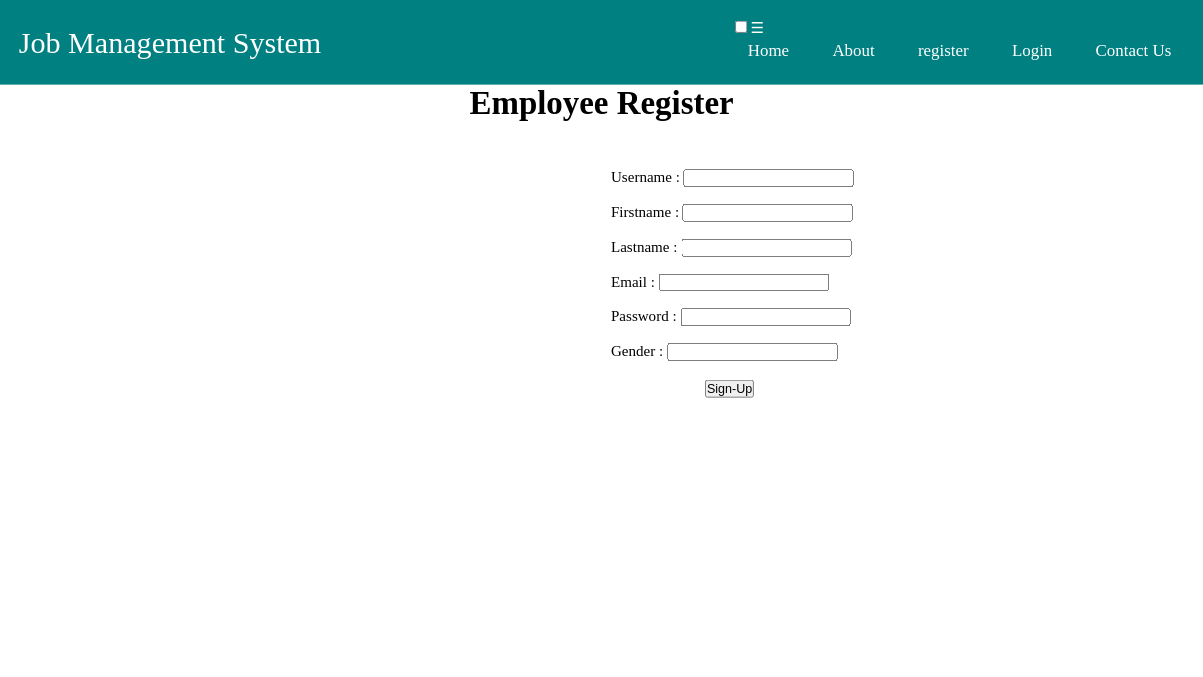
Repository: PrinceKumawat1109/JFSD
Page: http://localhost/Job-management/employeeregister.jsp
The author's editor kept a copy of each file at every save. The page is drawn from the files as they stood at one save, then again after the next save.
The browser window is 1280 px wide. The pictures show the whole page, at 94% of full size.
The page is served by Tomcat 9.

Above is the page before, as saved 2022-10-29 19:01:46.

After the next save:
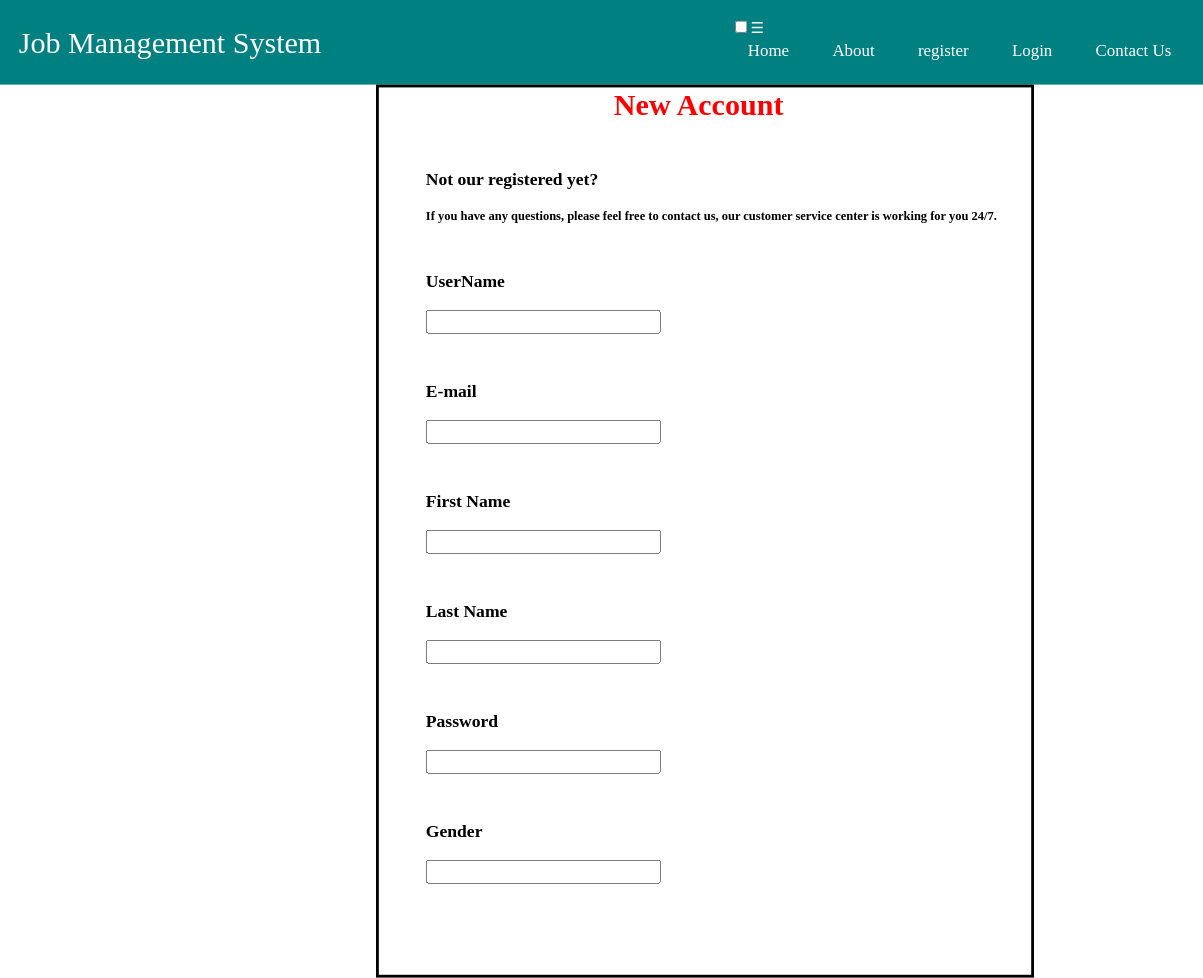
Saved 77 s later.
--- a/Job-management/src/main/webapp/employeeregister.jsp
+++ b/Job-management/src/main/webapp/employeeregister.jsp
@@ -5,44 +5,57 @@
 <head>
 <meta charset="UTF-8">
 <title>Employee-Register</title>
-<style type="text/css">
-h2{
-text-align : center;
-font-size : 35px;
+<style>
+.card{
+height: 950px;
+width: 700px;
+border-style: solid;
+margin-left: 400px;
 }
 
-.first
-{
-margin-left: 650px;
-margin-top: 50px;
-}
-button
-{
-margin-left:100px;
-margin-top:20px;
-}
 </style>
 </head>
 <body>
 	<jsp:include page="navbar.jsp" />
-	<h2>Employee Register</h2>
-	<div class="first">
-	<p>Username : <input type="text" id="t1"/></p>
-	<br/>
-	<p>Firstname : <input type="text" id="t2"/></p>
-	<br/>
-	<p>Lastname : <input type="text" id="t3"/></p>
-	<br/>
-	<p>Email : <input type="text" id="t4"/></p>
-	<br/>
-	<p>Password : <input type="password" id="t5"/></p>
-	<br/>
-	<p>Gender : <input type="text" id="t6"/></p>
 
-	<button onclick="save()">Sign-Up</button>
-	<label id="lbl"></label>
+	<div class="card">
+	<h1 style=" color: red; margin-left: 250px;">New Account</h1>
+	<h3 style="margin-left: 50px; margin-top: 50px;">Not our registered yet?</h3>
+	<h5 style="margin-left: 50px; margin-top: 20px;">If you have any questions, please feel free to contact us, our customer service center is working for you 24/7.</h5>
+	<h3 style="margin-left: 50px; margin-top: 50px;">UserName</h3>
+	<input style="margin-left: 50px; margin-top: 20px; height: 25px; width: 250px;" type="box">
+
+
+	<h3 style="margin-left: 50px; margin-top: 50px;">E-mail</h3>
+	<input style="margin-left: 50px; margin-top: 20px; height: 25px; width: 250px;" type="box">
+
+
+	<h3 style="margin-left: 50px; margin-top: 50px;">First Name</h3>
+	<input style="margin-left: 50px; margin-top: 20px; height: 25px; width: 250px;" type="box" id="t3"/>
+	<h3 style="margin-left: 50px; margin-top: 50px;">Last Name</h3>
+	<input style="margin-left: 50px; margin-top: 20px; height: 25px; width: 250px;" type="box">
+	<h3 style="margin-left: 50px; margin-top: 50px;">Password</h3>
+	<input style="margin-left: 50px; margin-top: 20px; height: 25px; width: 250px;" type="box">
+	<h3 style="margin-left: 50px; margin-top: 50px;">Gender</h3>
+	<input style="margin-left: 50px; margin-top: 20px; height: 25px; width: 250px;" type="box">
+
 	</div>
 </body>
+
+
+
+
+
+
+
+
+
+
+
+
+
+
+
 <script type="text/javascript">
 function save()
 {
